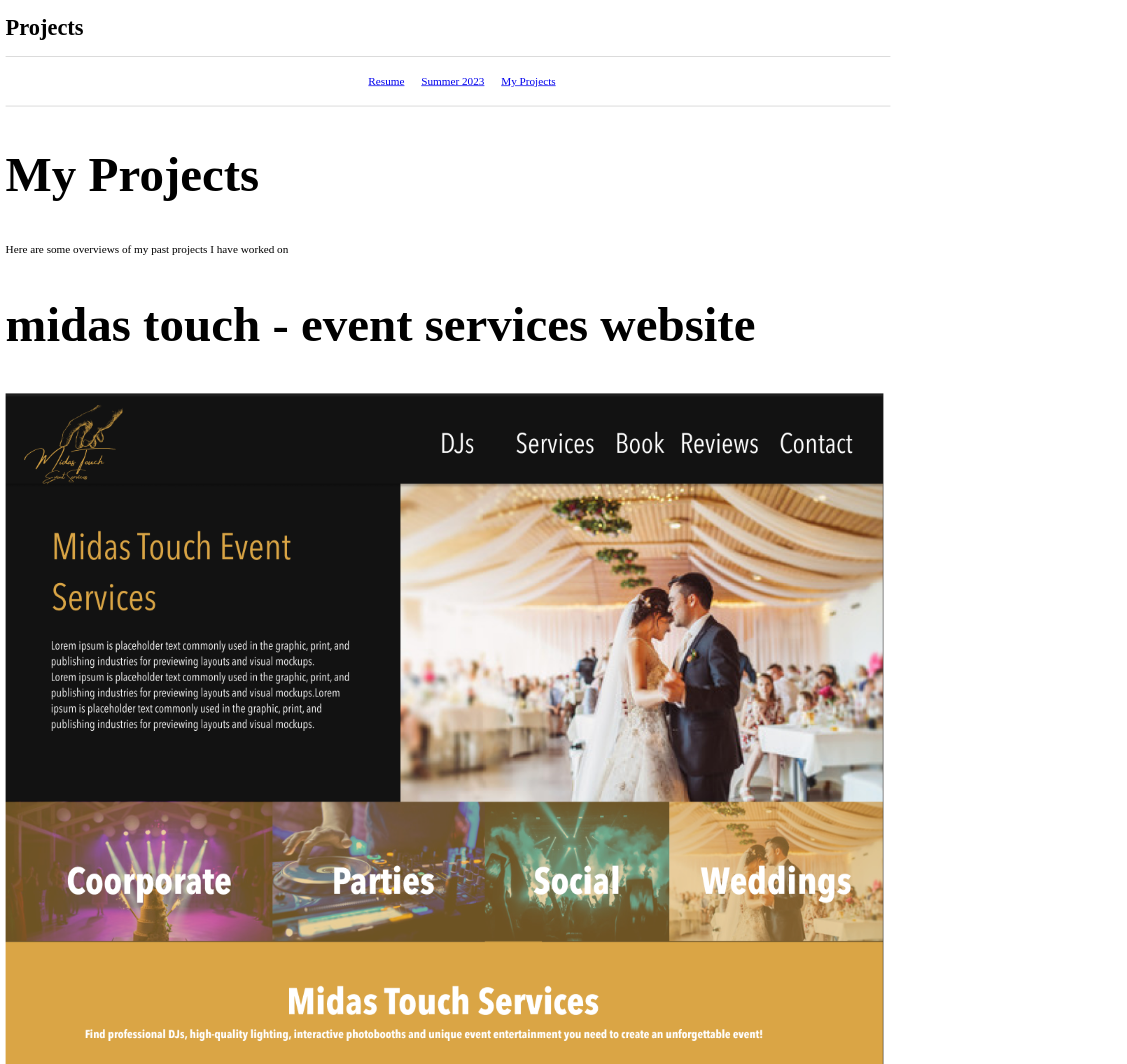
Repository: kayacancode/itm361project1
Page: projects.html
The author's editor kept a copy of each file at every save. The page is drawn from the files as they stood at one save, then again after a run of saves.
The browser window is 1280 px wide. The page is 1610 px wide, so the pictures cover 1610 px, including what lies to the right of the window. The pictures show the part of the page from y = 0 to 1520 px (the page is 4424 px tall before and 3974 px after), at 70% of full size.
Some web fonts or font styles are not loaded; a fallback is used.

Above is the page before, as saved 2023-03-03 18:23:44.

After the next 3 saves:
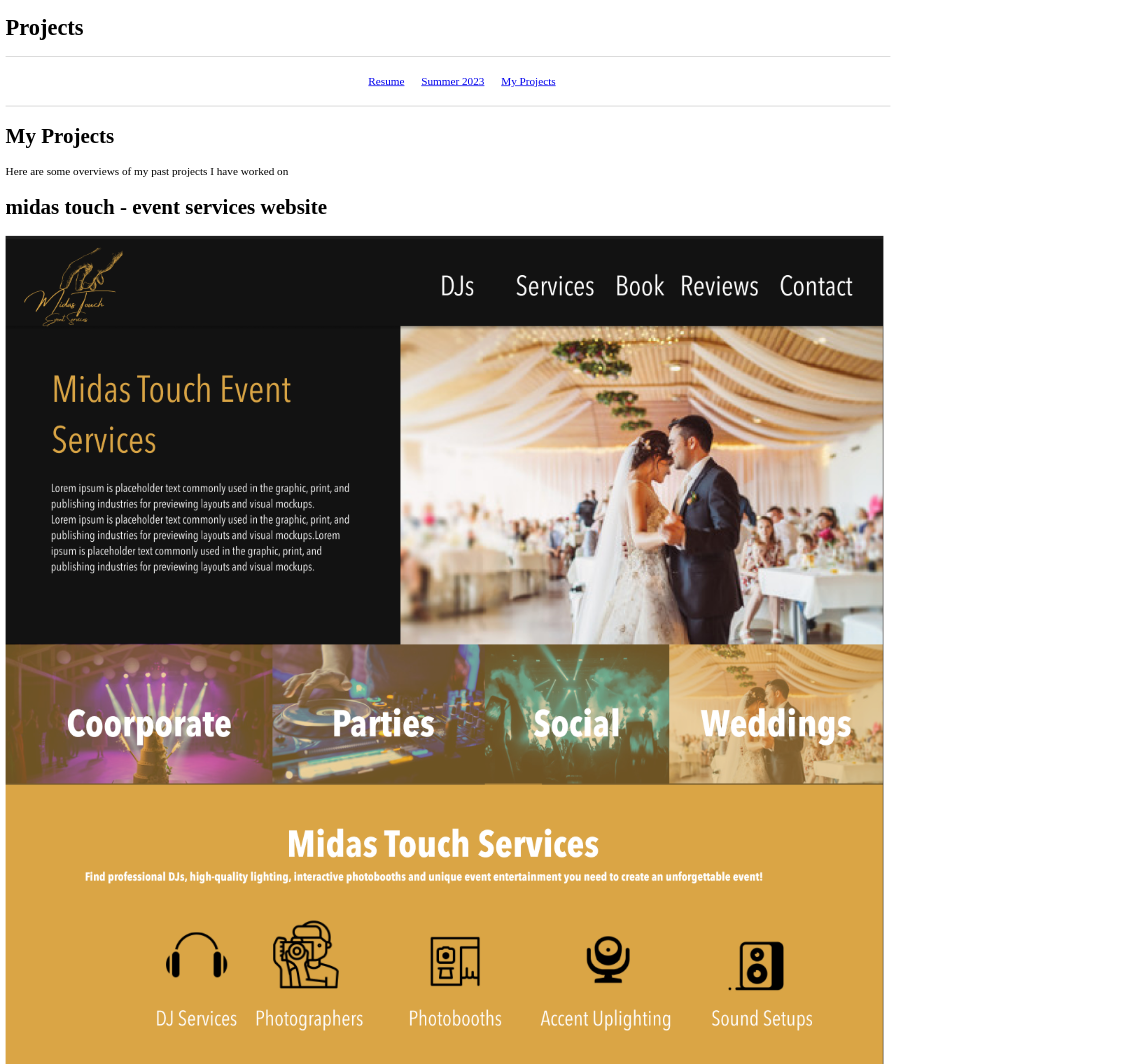
The 3 saves are shown as one change because they came seconds apart.
The last was saved 10 s later.
--- a/css/style.css
+++ b/css/style.css
@@ -25,5 +25,5 @@
 
 }
 h2{
-    font-size: 70px;
+    font-size: 30px;
 }
